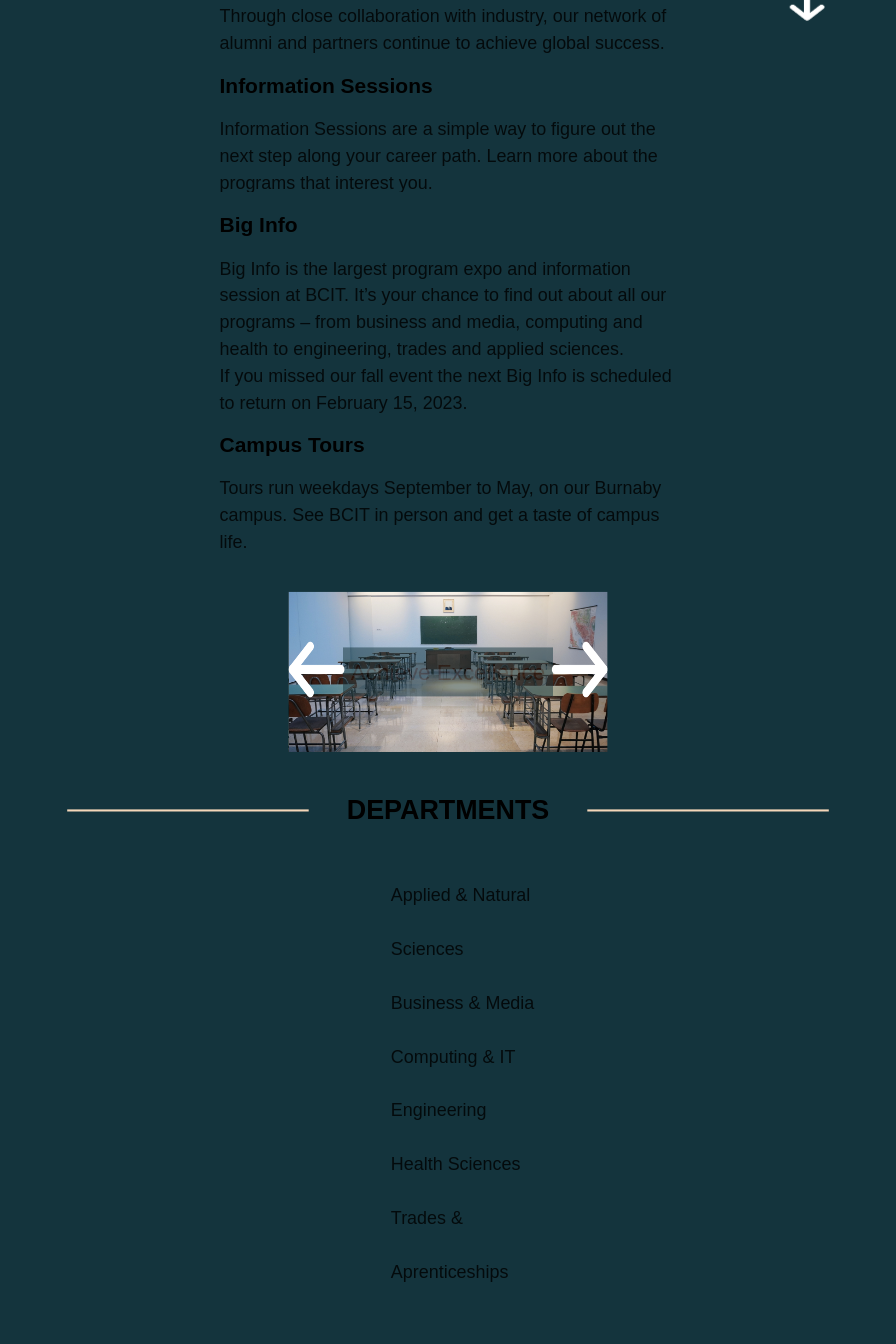
Repository: Kinakopan/playwright_bcit
Page: /about
The author's editor kept a copy of each file at every save. The page is drawn from the files as they stood at one save, then again after the next save.
The browser window is 1280 px wide. The pictures show the part of the page from y = 635 to 2555 px (the page is 2586 px tall), at 70% of full size.
Some web fonts or font styles are not loaded; a fallback is used. The project was rebuilt for these pictures with package versions that can differ from the ones it lists, and the page was loaded fresh each time. The framework's server and built-in components were replaced by stand-ins that run in the browser. Also part of the build but not shown: next.config.js.

Above is the page before, as saved 2023-01-28 14:00:24.

After the next save:
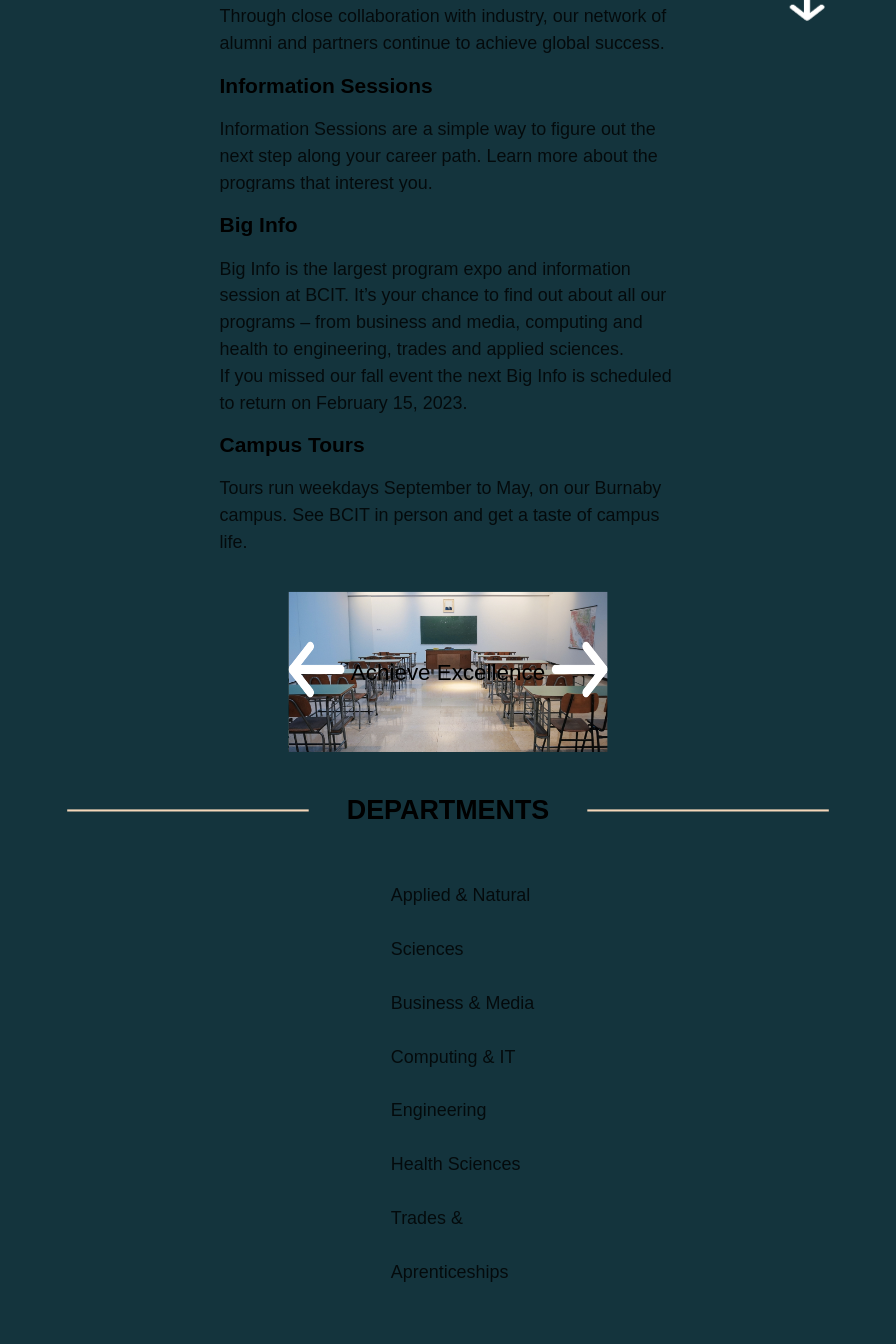
Saved 38 s later.
--- a/components/carousel.js
+++ b/components/carousel.js
@@ -32,14 +32,12 @@ const MyCarousel = () => {
             />
           ))}
 
-          <div className={`${styles.carousel_textBox} ${styles.carousel_position}`}>
-            {texts.map((text, index) => (
-              <p
-                key={index}
-                className={`${styles.carousel_text} ${currentSlide === index ? styles.carousel_active : ''}`}
-              >{text}</p>
-            ))}
-          </div>
+          {texts.map((text, index) => (
+            <p
+              key={index}
+              className={`${styles.carousel_text} ${styles.carousel_position} ${currentSlide === index ? styles.carousel_active : ''}`}
+            >{text}</p>
+          ))}
 
           <button
             className={`${styles.carousel_prevBtn} ${styles.carousel_position}`}
